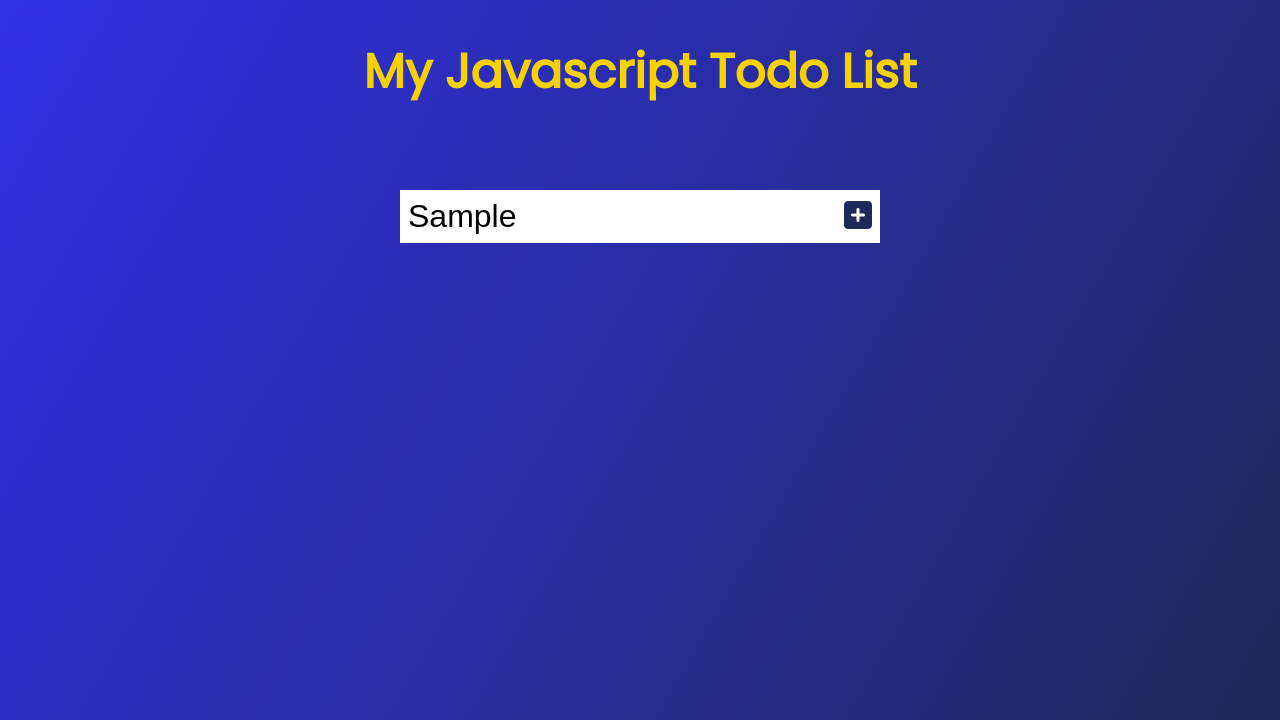
Repository: LuisMiLR/JavaScript-Todo-List
Page: index.html
The author's editor kept a copy of each file at every save. The page is drawn from the files as they stood at one save, then again after a run of saves.
The browser window is 1280 px wide. The pictures show the whole page.
Empty fields were first filled with sample values (such as "Sample", 5 or name@example.com).
After loading, the first visible `button.todo-button` was clicked once.

Above is the page before, as saved 2023-05-01 14:06:48.

### index.html
<!DOCTYPE html>
<html lang="en">
<head>
    <meta charset="UTF-8">
    <meta http-equiv="X-UA-Compatible" content="IE=edge">
    <meta name="viewport" content="width=device-width, initial-scale=1.0">
    <title>My Javascript Todo List</title>
    <link rel="stylesheet" href="style.css">
    <link href="https://fonts.googleapis.com/css2?family=Orbitron:wght@400;700&family=Poppins:wght@200;400&display=swap" rel="stylesheet">
    <link rel="stylesheet" href="https://cdnjs.cloudflare.com/ajax/libs/font-awesome/6.4.0/css/all.min.css" integrity="sha512-iecdLmaskl7CVkqkXNQ/ZH/XLlvWZOJyj7Yy7tcenmpD1ypASozpmT/E0iPtmFIB46ZmdtAc9eNBvH0H/ZpiBw==" crossorigin="anonymous" referrerpolicy="no-referrer" />
</head>
<body>

    <header>
        <h1>My Javascript Todo List </h1>
    </header>
    <form>
        <input type="text" class="todo-input">
        <button class="todo-button" type="submit">
        <i class="fa-solid fa-square-plus"></i>
        </button>
    </form>
    <div class="todo-container">
        <ul class="todo-list">
        </ul>
    </div>

    <script src="./app.js"> </script>
</body>
</html>

### style.css
*{
    margin: 0;
    padding: 0;
    box-sizing: border-box;
}

body {
    background-image: linear-gradient(120deg, #3030e5,#1e2a58);
    color: rgb(248, 210, 0);
    min-height: 100vh;
    font-family: "poppins",sans-serif;
}

header{
    font-size: 1.5rem;
}
header, form {
    min-height: 20vh;
    display: flex;
    justify-content: center;
    align-items: center;
}

form input, form button {
    padding: 0.5rem;
    font-size: 2rem;
    border: none;
    background: white;
}
form button{
    color: #1e2a58;
    background: white;
    cursor: pointer;
    transition: all 0.3s ease;
}

form button:hover {
    background: #1e2a58;
    color: rgb(248, 210, 0);
}

### app.js
//SELECTEURS
const todoInput = document.querySelector(".todo-input");
const todoButton = document.querySelector(".todo-button");
const todoList = document.querySelector(".todo-list");

//ECOUTEURS
todoButton.addEventListener("click", addTodo);

//FUNCTIONS
function addTodo(event) {
    event.preventDefault();
    //TODO DIV
    const todoDiv = document.createElement("div");
    todoDiv.classList.add("todo");
    //CREER LE LI
    const newTodo = document.createElement("li");
    newTodo.innerText = "hey";
    newTodo.classList.add("todo-item");
    todoDiv.appendChild(newTodo);
    //BOUTON CHECK
    const completedButton = document.createElement("button");
    completedButton.innerHTML = '<i class="fas fa-check"></i>';
    completedButton.classList.add("completed-btn");
    todoDiv.appendChild(completedButton);
    //BOUTON SUPPRIMER
    const trashButton = document.createElement("button");
    trashButton.innerHTML = '<i class="fas fa-trash"></i>';
    trashButton.classList.add("trash-btn");
    todoDiv.appendChild(trashButton);
    //AJOUTER NOTRE TODO A TODO-LIST
    todoList.appen
}

After the next 5 saves:
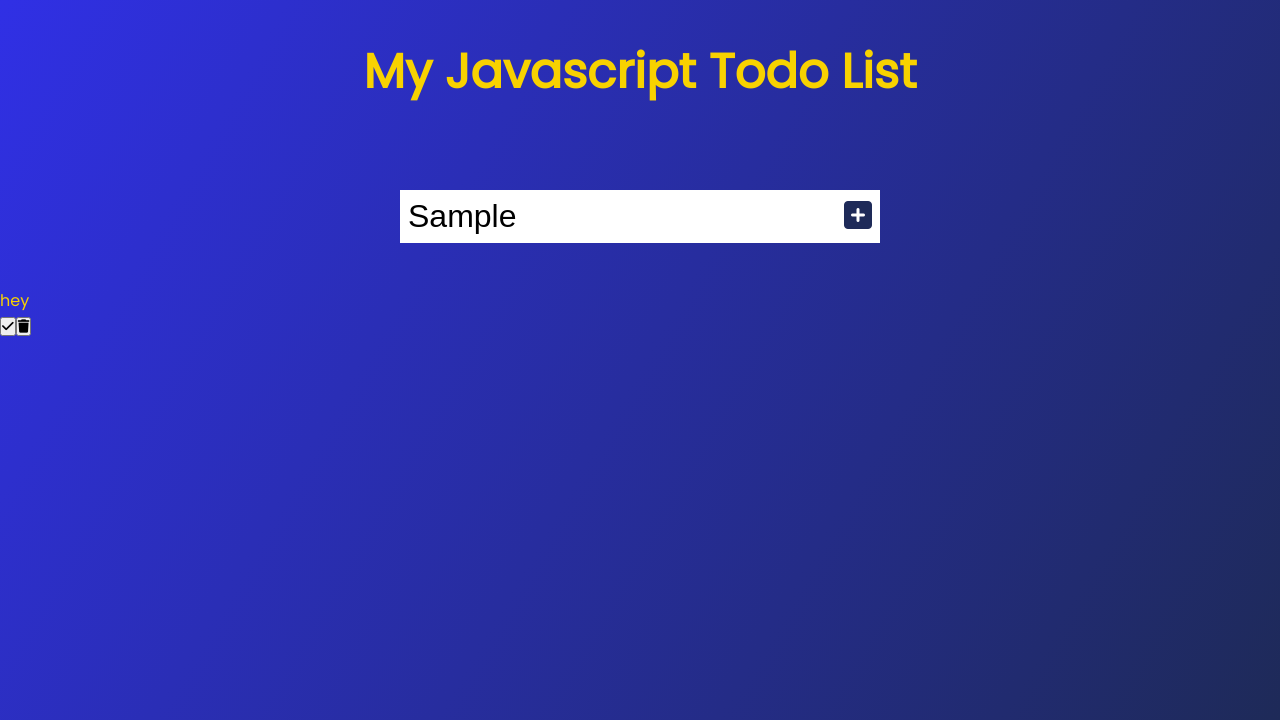
The 5 saves are shown as one change because they came seconds apart.
The last was saved 13 s later.
--- a/app.js
+++ b/app.js
@@ -28,5 +28,5 @@ function addTodo(event) {
     trashButton.classList.add("trash-btn");
     todoDiv.appendChild(trashButton);
     //AJOUTER NOTRE TODO A TODO-LIST
-    todoList.appen
+    todoList.appendChild(todoDiv);
 }
